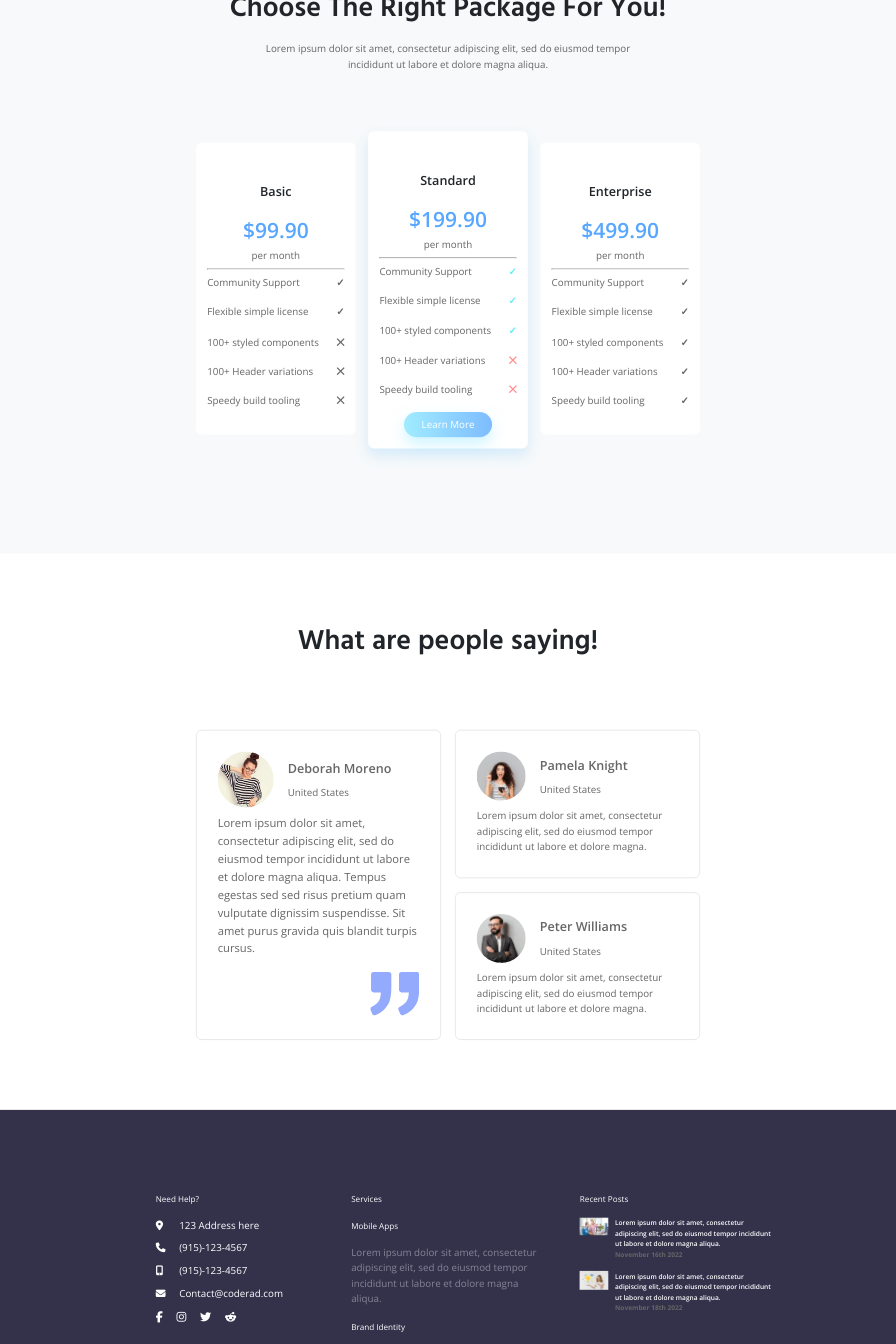
Repository: Sc-Juju/CodeRad
Page: index.html
These files come from the project's save history. The page is drawn as it stood at one moment and after the next save; the edit follows.
The browser window is 1280 px wide. The pictures show the part of the page from y = 2802 to 4722 px (the page is 5138 px tall before and 5186 px after), at 70% of full size.
Some web libraries are served in a nearby version.

Above is the page before, as saved 2022-11-28 19:52:15.

### index.html
<!DOCTYPE html>
<html>
	<head>
		<meta charset="utf-8" />
		<meta http-equiv="X-UA-Compatible" content="IE=edge" />
		<title>CodeRad</title>
		<meta name="description" content="" />
		<meta name="viewport" content="width=device-width, initial-scale=1" />

		<script
			src="https://kit.fontawesome.com/020fb16134.js"
			crossorigin="anonymous"
		></script>

		<link
			href="https://fonts.googleapis.com/css2?family=Open+Sans:wght@300;400;600;700&display=swap"
			rel="stylesheet"
		/>
		<link
			href="https://fonts.googleapis.com/css2?family=Hind:wght@300;400;500;600;700&display=swap"
			rel="stylesheet"
		/>

		<link rel="stylesheet" href="./css/default.css" />
		<link rel="stylesheet" href="./css/styles.css" />
		<link rel="stylesheet" href="./css/responsive.css" />
	</head>
	<body>
		<div id="pageTop"></div>
		<nav class="navbar nav">
			<div class="container">
				<button
					class="navbar-toggler"
					aria-expanded="false"
					aria-controls="navbarDropdown"
				>
					<span>&#9776;</span>
				</button>
				<a class="navbar-brand" href="index.html">CodeRad</a>
				<ul class="navbar-nav">
					<li class="nav-link">
						<a href="#">Home</a>
					</li>

					<li class="nav-link">
						<a href="#">Blog</a>
					</li>
					<li class="nav-link">
						<a href="#">Portfolio</a>
					</li>
					<li class="nav-link">
						<a href="#">Contact</a>
					</li>
				</ul>
			</div>
		</nav>

		<header class="bg-header">
			<div class="container">
				<div class="hero-wrapper">
					<h2 class="hero-header">
						Young in our spirits and <br />
						modern look.
					</h2>
					<a class="btn btn-white" href="#">Learn more</a>
				</div>
			</div>
		</header>
		<!--Why me-->
		<section>
			<div class="container why-me-wrapper">
				<div class="block-text">
					<span>Why choose me</span>
					<h2>
						Meeting Your Needs <br />
						In Website Building
					</h2>
					<p>
						Lorem ipsum dolor sit amet, consectetur adipiscing elit,
						sed do eiusmod tempor incididunt ut labore et dolore
						magna aliqua.
					</p>
					<a href="" class="btn btn-primary">Learn More</a>
				</div>
				<div>
					<img src="./CodeRad-assets/image2.svg" alt="Icon Chart" />
				</div>
			</div>
		</section>
		<!--Services-->
		<section class="bg-contrast">
			<div class="container service-grid">
				<div class="service-card">
					<span class="bg-color-1"></span>
					<div>
						<h3>Branding</h3>
						<p>
							Lorem ipsum dolor sit amet, consectetur adipiscing
							elit, sed do eiusmod tempor incididunt ut labore et
							dolore magna aliqua. Ut morbi tincidunt augue
							interdum velit euismod in pellentesque. Congue
							mauris rhoncus aenean vel.
						</p>
					</div>
				</div>
				<div class="service-card">
					<span class="bg-color-2"></span>
					<div>
						<h3>Design & UX</h3>
						<p>
							Lorem ipsum dolor sit amet, consectetur adipiscing
							elit, sed do eiusmod tempor incididunt ut labore et
							dolore magna aliqua. Ut morbi tincidunt augue
							interdum velit euismod in pellentesque. Congue
							mauris rhoncus aenean vel.
						</p>
					</div>
				</div>
				<div class="service-card">
					<span class="bg-color-3"></span>
					<div>
						<h3>Development</h3>
						<p>
							Lorem ipsum dolor sit amet, consectetur adipiscing
							elit, sed do eiusmod tempor incididunt ut labore et
							dolore magna aliqua. Ut morbi tincidunt augue
							interdum velit euismod in pellentesque. Congue
							mauris rhoncus aenean vel.
						</p>
					</div>
				</div>
				<div class="service-card">
					<span class="bg-color-4"></span>
					<div>
						<h3>User analysis</h3>
						<p>
							Lorem ipsum dolor sit amet, consectetur adipiscing
							elit, sed do eiusmod tempor incididunt ut labore et
							dolore magna aliqua. Ut morbi tincidunt augue
							interdum velit euismod in pellentesque. Congue
							mauris rhoncus aenean vel.
						</p>
					</div>
				</div>
				<div class="service-card">
					<span class="bg-color-5"></span>
					<div>
						<h3>UX Research</h3>
						<p>
							Lorem ipsum dolor sit amet, consectetur adipiscing
							elit, sed do eiusmod tempor incididunt ut labore et
							dolore magna aliqua. Ut morbi tincidunt augue
							interdum velit euismod in pellentesque. Congue
							mauris rhoncus aenean vel.
						</p>
					</div>
				</div>
				<div class="service-card">
					<span class="bg-color-6"></span>
					<div>
						<h3>SEO Service</h3>
						<p>
							Lorem ipsum dolor sit amet, consectetur adipiscing
							elit, sed do eiusmod tempor incididunt ut labore et
							dolore magna aliqua. Ut morbi tincidunt augue
							interdum velit euismod in pellentesque. Congue
							mauris rhoncus aenean vel.
						</p>
					</div>
				</div>
			</div>
		</section>

		<!--Video Demo-->
		<section class="video-demo">
			<div class="container">
				<div class="block-text">
					<h2>Telling Our Story</h2>
					<p>
						Lorem ipsum dolor sit amet, consectetur adipiscing elit,
						sed do eiusmod tempor <br />
						incididunt ut labore et dolore magna aliqua.
					</p>
				</div>
				<div class="video-box">
					<a href="#" class="video-btn">
						<img
							src="./CodeRad-assets/play.svg"
							alt="Play Video Button"
						/>
					</a>
					<img
						src="./CodeRad-assets/demo-video-thumbnail.jpg"
						alt="Video thumbnail"
					/>
				</div>
			</div>
		</section>

		<!--Pricing plans-->
		<section class="bg-contrast">
			<div class="block-text pricing-header">
				<h2>Choose The Right Package For You!</h2>
				<p>
					Lorem ipsum dolor sit amet, consectetur adipiscing elit, sed
					do eiusmod tempor <br />
					incididunt ut labore et dolore magna aliqua.
				</p>
			</div>
			<div class="pricing-table">
				<div class="price-card">
					<h3>Basic</h3>
					<div class="price">$99.90</div>
					<div class="billed">per month</div>
					<hr />
					<ul>
						<li>
							<span class="title">Community Support</span>
							<span class="icon">&#10003;</span>
						</li>
						<li>
							<span class="title">Flexible simple license</span>
							<span class="icon">&#10003;</span>
						</li>
						<li>
							<span class="title">100+ styled components</span>
							<span class="icon">&#10761;</span>
						</li>
						<li>
							<span class="title">100+ Header variations</span>
							<span class="icon">&#10761;</span>
						</li>
						<li>
							<span class="title">Speedy build tooling</span>
							<span class="icon">&#10761;</span>
						</li>
					</ul>
				</div>

				<div class="price-card featured">
					<h3>Standard</h3>
					<div class="price">$199.90</div>
					<div class="billed">per month</div>
					<hr />
					<ul>
						<li>
							<span class="title">Community Support</span>
							<span class="icon checked">&#10003;</span>
						</li>
						<li>
							<span class="title">Flexible simple license</span>
							<span class="icon checked">&#10003;</span>
						</li>
						<li>
							<span class="title">100+ styled components</span>
							<span class="icon checked">&#10003;</span>
						</li>
						<li>
							<span class="title">100+ Header variations</span>
							<span class="icon times">&#10761;</span>
						</li>
						<li>
							<span class="title">Speedy build tooling</span>
							<span class="icon times">&#10761;</span>
						</li>
						<div class="plan-btn-wrapper">
							<a href="" class="btn btn-primary">Learn More</a>
						</div>
					</ul>
				</div>

				<div class="price-card">
					<h3>Enterprise</h3>
					<div class="price">$499.90</div>
					<div class="billed">per month</div>
					<hr />
					<ul>
						<li>
							<span class="title">Community Support</span>
							<span class="icon">&#10003;</span>
						</li>
						<li>
							<span class="title">Flexible simple license</span>
							<span class="icon">&#10003;</span>
						</li>
						<li>
							<span class="title">100+ styled components</span>
							<span class="icon">&#10003;</span>
						</li>
						<li>
							<span class="title">100+ Header variations</span>
							<span class="icon">&#10003;</span>
						</li>
						<li>
							<span class="title">Speedy build tooling</span>
							<span class="icon">&#10003;</span>
						</li>
					</ul>
				</div>
			</div>
		</section>

		<!--Testimonials-->
		<section class="testimonials">
			<div class="block-text">
				<h2>What are people saying!</h2>
			</div>
			<div class="testimonial-grid">
				<div class="testimonial-card lg">
					<div class="top">
						<img
							src="./CodeRad-assets/1.png"
							alt=""
							class="profile"
						/>
						<div class="top-info">
							<h4>Deborah Moreno</h4>
							<span>United States</span>
						</div>
					</div>
					<div class="bottom">
						<p>
							Lorem ipsum dolor sit amet, consectetur adipiscing
							elit, sed do eiusmod tempor incididunt ut labore et
							dolore magna aliqua. Tempus egestas sed sed risus
							pretium quam vulputate dignissim suspendisse. Sit
							amet purus gravida quis blandit turpis cursus.
						</p>
						<span>
							<img
								src="./CodeRad-assets/quote-colored.svg"
								alt="quote"
								class="quote"
							/>
						</span>
					</div>
				</div>

				<div class="testimonial-card md">
					<div class="top">
						<img
							src="./CodeRad-assets/2.png"
							alt=""
							class="profile"
						/>
						<div class="top-info">
							<h4>Pamela Knight</h4>
							<span>United States</span>
						</div>
					</div>
					<div class="bottom">
						<p>
							Lorem ipsum dolor sit amet, consectetur adipiscing
							elit, sed do eiusmod tempor incididunt ut labore et
							dolore magna.
						</p>
					</div>
				</div>

				<div class="testimonial-card md">
					<div class="top">
						<img
							src="./CodeRad-assets/3.png"
							alt=""
							class="profile"
						/>
						<div class="top-info">
							<h4>Peter Williams</h4>
							<span>United States</span>
						</div>
					</div>
					<div class="bottom">
						<p>
							Lorem ipsum dolor sit amet, consectetur adipiscing
							elit, sed do eiusmod tempor incididunt ut labore et
							dolore magna.
						</p>
					</div>
				</div>
			</div>
		</section>
		<!--Footer-->
		<footer class="bg-footer">
			<div class="container">
				<section class="footer-top">
					<div class="footer-col">
						<h5>Need Help?</h5>
						<div class="contact-info">
							<ul>
								<li>
									<i class="fa-solid fa-location-dot"></i>
									123 Address here
								</li>
								<li>
									<i class="fa-solid fa-phone"></i>
									(915)-123-4567
								</li>
								<li>
									<i
										class="fa-solid fa-mobile-screen-button"
									></i>
									(915)-123-4567
								</li>
								<li>
									<i class="fa-solid fa-envelope"></i>
									Contact@coderad.com
								</li>
							</ul>
						</div>
						<div class="social-icons">
							<ul>
								<li>
									<a href=""
										><i class="fa-brands fa-facebook-f"></i
									></a>
								</li>
								<li>
									<a href=""
										><i class="fa-brands fa-instagram"></i
									></a>
								</li>
								<li>
									<a href=""
										><i class="fa-brands fa-twitter"></i
									></a>
								</li>
								<li>
									<a href=""
										><i
											class="fa-brands fa-reddit-alien"
										></i
									></a>
								</li>
							</ul>
						</div>
					</div>
					<div class="footer-col">
						<h5>Services</h5>
						<div class="services-wrapper">
							<h5>Mobile Apps</h5>
							<p>
								Lorem ipsum dolor sit amet, consectetur
								adipiscing elit, sed do eiusmod tempor
								incididunt ut labore et dolore magna aliqua.
							</p>
						</div>
						<div class="services-wrapper">
							<h5>Brand Identity</h5>
							<p>
								Lorem ipsum dolor sit amet, consectetur
								adipiscing elit, sed do eiusmod tempor
								incididunt ut labore et dolore magna aliqua.
							</p>
						</div>
						<div class="services-wrapper">
							<h5>Social Media</h5>
							<p>
								Lorem ipsum dolor sit amet, consectetur
								adipiscing elit, sed do eiusmod tempor
								incididunt ut labore et dolore magna aliqua.
							</p>
						</div>
					</div>
					<div class="footer-col">
						<h5>Recent Posts</h5>
						<div class="recent-posts">
							<div class="post-img-wrapper">
								<img
									src="./CodeRad-assets/blog1.jpg"
									alt="blog1"
								/>
							</div>
							<div class="post-inner">
								<h6>
									<a href=""
										>Lorem ipsum dolor sit amet, consectetur
										adipiscing elit, sed do eiusmod tempor
										incididunt ut labore et dolore magna
										aliqua.</a
									>
								</h6>
								<h6>November 16th 2022</h6>
							</div>
						</div>
						<div class="recent-posts">
							<div class="post-img-wrapper">
								<img
									src="./CodeRad-assets/blog2.jpg"
									alt="blog2"
								/>
							</div>
							<div class="post-inner">
								<h6>
									<a href=""
										>Lorem ipsum dolor sit amet, consectetur
										adipiscing elit, sed do eiusmod tempor
										incididunt ut labore et dolore magna
										aliqua.</a
									>
								</h6>
								<h6>November 18th 2022</h6>
							</div>
						</div>
					</div>
				</section>
				<section class="footer-bottom">
					<div class="footer-bottom-wrapper">
						<div class="copyright">
							<p>Copy right @ 2022 CodeRad Creations</p>
						</div>
						<div class="footer-bottom-links">
							<ul>
								<li><a href="">About</a></li>
								<li><a href="">Services</a></li>
								<li><a href="">Team</a></li>
								<li><a href="">Contact</a></li>
								<li><a href="">Blog</a></li>
							</ul>
						</div>
					</div>
				</section>
			</div>
		</footer>

		<a id="scrollUp" href="#pageTop">
			<i class="fa-solid fa-arrow-up"></i>
		</a>
	</body>
</html>

### css/styles.css
.navbar{
    position: fixed;
    top: 0;
    right: 0;
    left: 0;
    z-index: 200;
    transition: ease-in-out .3s;
}
[aria-controls="navbarDropdown"]{
    display:none;
}
.navbar-nav{
    display: flex;
    align-items: center;
}
.navbar .container{
    display: flex;
    align-items: center;
}
.navbar-brand{
    margin-right:auto;
    font-size: 2rem;
    font-weight: 700;
    width: 100%;
    transition: ease-in-out .3s;
    color: var(--white);

}
.bg-header,
.video-demo{
    background-color: var(--footer);
    background-repeat: no-repeat;
    background-size: cover;
    background-position:50% 20%;
    position: relative;
    z-index: 1;
    padding: 4.6875rem 0;
}
.bg-header{
    background-image: url(../CodeRad-assets/bg-header-1.jpg);
    padding: var(--size-150) 0;
}
.video-demo{background-image: url(../CodeRad-assets/bg-demo.jpg);}
.bg-header::before{
    background-image: linear-gradient(30deg,
    rgba(21,27,38, .8)0%,
    rgba(0,0,0,.2)100%);
    position: absolute;
    content:"";
    top: 0;
    left: 0;
    right: 0;
    bottom: 0;
    width: 100%;
    height: 100%;
    z-index: -1;
}
.nav-link a{
    color: var(--white);
    font-size: .8125rem;
    font-weight: 600;
    font-family: "Hind", sans-serif;
    text-transform: uppercase;
    margin-right: 2.5rem;
    line-height: 1.25rem;
}
.hero-header{
    color: var(--white);
}
.why-me-wrapper{
    display: flex;
    align-items: center;
}
.why-me-wrapper div{
    flex: 1;
}

.why-me-wrapper .block-text{
    padding-right: var(--size-50);
    max-width: 35rem;
}

.block-text span{
    color: var(--font-color-dark);
    font-weight: 300;
}
.block-text h2{
    font-size: var(--size-40);
    font-family: "Hind", sans-serif;
    font-weight: 600;
    color: var(--font-color-dark);
    margin-bottom: var(--size-20);
    line-height: 1.3;
    margin-top: 0.5rem;
}
.bg-contrast{
    background-color: var(--contrast);
    padding: var(--size-150) 0;
    margin: 0 auto;
}
.service-grid{
    display: grid;
    grid-template-columns: repeat(auto-fit,minmax(300px, 1fr));
    gap: var(--size-20);
}
.service-card{
    padding: var(--size-30);
    box-shadow: 0 0 10px rgba(48, 63, 100, .15);
    background: white;
    border-radius: 8px;
}
.service-card span{
    width:4.375rem;
    height: 4.375rem;
    background: green;
    display: block;
    float: left;
    margin-right: 15px;
    border-radius: 50%;
    background: var(--font-color-light);
}
span.bg-color-1 {background-image: linear-gradient(90deg, #9ccdf3 0%, #94aafd 100%);}
span.bg-color-2 {background-image: linear-gradient(90deg, #55edc0 0%, #4bdbdb 100%);}
span.bg-color-3 {background-image: linear-gradient(90deg, #fda498 0%, #f58b9e 100%);}
span.bg-color-4 {background-image: linear-gradient(90deg, #f2a7ca 0%, #c289f4 100%);}
span.bg-color-5 {background-image: linear-gradient(90deg, #ffc187 0%, #fe93a7 100%);}
span.bg-color-6 {background-image: linear-gradient(90deg, #a1ecff 0%, #7dbcff 100%);}

.video-demo{text-align: center;}
.video-demo .block-text{padding-right: 0;}

.video-demo .block-text h2,
.video-demo .block-text p{
    color: var(--white);
    margin: var(--size-50) 0;
}

.video-btn{
    position: absolute;
    top: 50%;
    left: 50%;
    transform: translate(-50%, -50%);
    box-shadow: 0 10px 20px rgba(57, 166, 251, .3);
}
.video-btn img{
    height: var(--size-100);
    width: var(--size-100);
}
.video-box{
    position: relative;
    margin-bottom: -9.375rem;
    z-index: 100;
}
.video-box > img{
    max-width: 600px;
    border-radius: 8px;
}
.block-text.pricing-header{
    text-align: center;
    padding-right: 0;
    margin: var(--size-100) 0;
}
.pricing-table{
    display: grid;
    grid-template-columns: repeat(auto-fit, minmax(215px, 1fr));
    gap: var(--size-18);
    margin: auto;
    align-items: flex-start;
}
.price-card{
    background-color:var(--white);
    border-radius: 8px;
    padding: var(--size-16);
}
.price-card .checked{color: var(--success);}
.price-card .times{color: var(--danger);}

.price-card.featured{
    box-shadow: 0 10px 20px rgba(82,179,255,.2);
    margin-top: -1rem;
}
.price-card h3{
    margin-top: var(--size-40);
    font-size: var(--size-18);
    color: var(--font-color-dark);
    font-weight: 600;
}
.plan-card hr{margin: 2rem 0 1rem;}
.price{
    color: var(--font-color-link);
    font-size: var(--size-30);
    font-weight: 600;
}
.price-card h3,
.price-card .price,
.price-card .billed{text-align: center;}

.price-card li{margin-bottom: var(--size-20);}
.price-card .icon{
    float: right;
    font-weight:600;
}
.plan-btn-wrapper{text-align: center;}

.testimonials{ margin: var(--size-100) 0;}

.testimonial-grid{
    display: grid;
    grid-template-columns: repeat(auto-fit, minmax(300px, 1fr));
    grid-template-rows: 1fr 1fr;
    gap: var(--size-20);
    margin: 0 auto;
}

.testimonials .block-text{
    padding-right: 0;
    text-align: center;
    margin: var(--size-100) 0;
}

.testimonial-card{
    border: 1px solid #dedede;
    border-radius: 8px;
    padding: var(--size-30);
}

.testimonial-card.lg{
    grid-row: 1 / 3;
    grid-column: 1 / 2;
}

.testimonial-card.lg .quote{
    width: 4.375rem;
    float: right;
    margin-top: var(--size-16);
}

.testimonial-card.md .bottom p{ font-size: var(--size-14);}

.testimonial-card .top{
    display:flex;
    align-items: center;
    padding-bottom: var(--size-10);
}

.testimonial-card img.profile{
    width: 4.375rem;
    border-radius: 50%;
    margin-right: var(--size-20);
}

.testimonial-card.lg img.profile{ width: 5rem;}

.top h4{
    margin-top: 0;
    margin-bottom: var(--size-10);
    font-weight: 600;
    font-size: var(--size-18);
}

.bottom p{
    margin: 0;
    font-size: var(--size-16);
    line-height: 1.6;
}

footer.bg-footer{ background-color: var(--footer);}
footer .footer-bottom{ background-color: var(--footer-base);}

footer .footer-top {
    display: grid;
    grid-template-columns: repeat( auto-fit, minmax(250px, 1fr));
    gap: var(--size-50);
    padding: var(--size-100) 0;
}

footer .footer-col{justify-self: center;}

.footer-top h5{
    color: var(--white);
    font-weight: 500;
    margin-bottom: var(--size-16);
}

.contact-info li{
    color: var(--white);
    margin-bottom: var(--size-10);
}

.contact-info li i{ width: var(--size-30);}

.social-icons ul li {
    display: inline-block;
    margin-right: var(--size-16);
}

.social-icons ul li a{
    color: var(--white);
    font-size: var(--size-16);
}

.services-wrapper p { color: #858497;}

.recent-posts{
    display: flex;
    margin-bottom: var(--size-16);
}

.recent-posts .post-img-wrapper{
    width: var(--size-100);
    margin-right: var(--size-10);
}

.post-inner h6{ margin: 0; }

.post-inner h6 a{
    color: var(--white);
    font-weight: 600;
}

.post-inner span{
    color: var(--font-color-light);
    font-size: var(--size-10);
}

.footer-bottom-wrapper{
    display: flex;
    justify-content:space-around;
    margin: 0 auto;
    flex-wrap: wrap;
}

.footer-bottom{ padding: var(--size-16) 0; }

.copyright p{ color: var(--font-color-light); }

.footer-bottom-links ul li{
    display: inline-block;
    margin-right: var(--size-10);
}

.footer-bottom-links ul li a{ color: var(--white); }

#scrollUp{
    background-color: transparent;
    background-image: linear-gradient(90deg, #9ccdfe 0%, #94aafd 100%);
    color: var(--white);
    font-size: var(--size-20);
    height: var(--size-50);
    width: var(--size-50);
    line-height: var(--size-50);
    position: fixed;
    bottom: var(--size-30);
    right: var(--size-30);
    text-align: center;
    border-radius: 8px;
    cursor: pointer;
    z-index: 100;
}

Loaded but not shown: css/default.css (113 lines, source omitted); css/responsive.css (no copy from this time; the picture is the same without it)

After the next save:
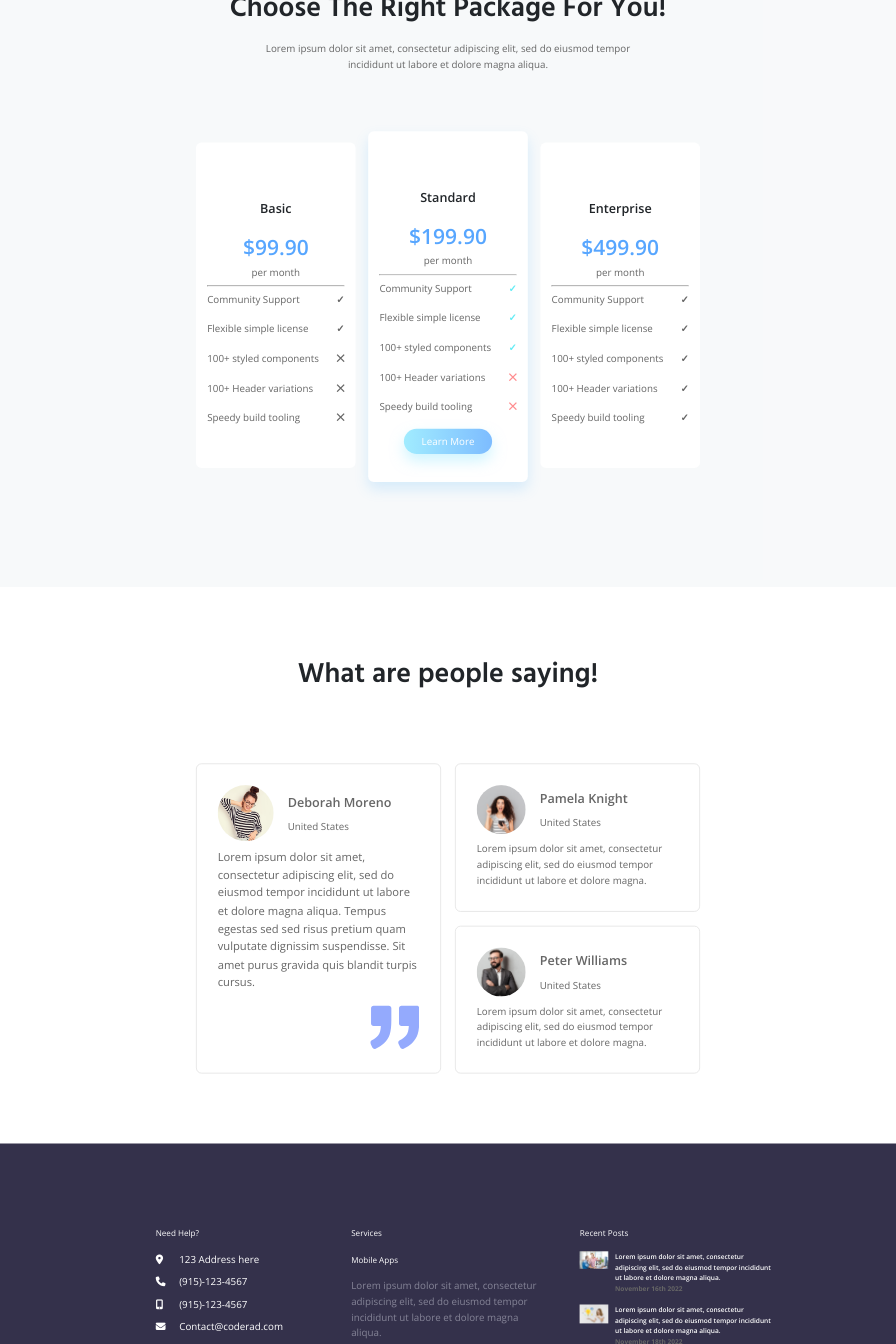
Saved 2 min 21 s later.
--- a/css/styles.css
+++ b/css/styles.css
@@ -170,7 +170,7 @@ span.bg-color-6 {background-image: linear-gradient(90deg, #a1ecff 0%, #7dbcff 10
 .price-card{
     background-color:var(--white);
     border-radius: 8px;
-    padding: var(--size-16);
+    padding: var(--size-40) var(--size-16);
 }
 .price-card .checked{color: var(--success);}
 .price-card .times{color: var(--danger);}
